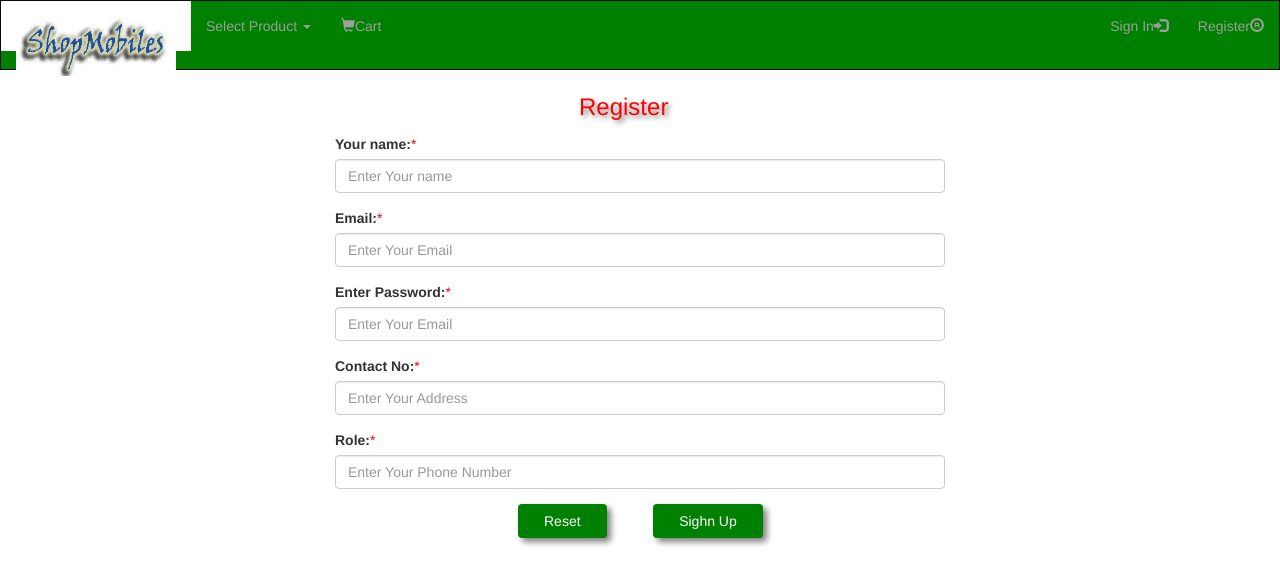
Repository: KoustabhBiswas/Final-Ecommerce-Project
Page: http://localhost/ecommerce1/WEB-INF/views/register.jsp
These files come from the project's save history. The page is drawn as it stood at one moment and after the next save; the edit follows.
The browser window is 1280 px wide. The pictures show the whole page.
Some web libraries are served in a nearby version. The page is served by Tomcat 9. Nobody is signed in. The template is opened directly, without the code that normally fills it, so the values that code supplies are empty.

Above is the page before, as saved 2017-09-17 12:15:32.

After the next save:
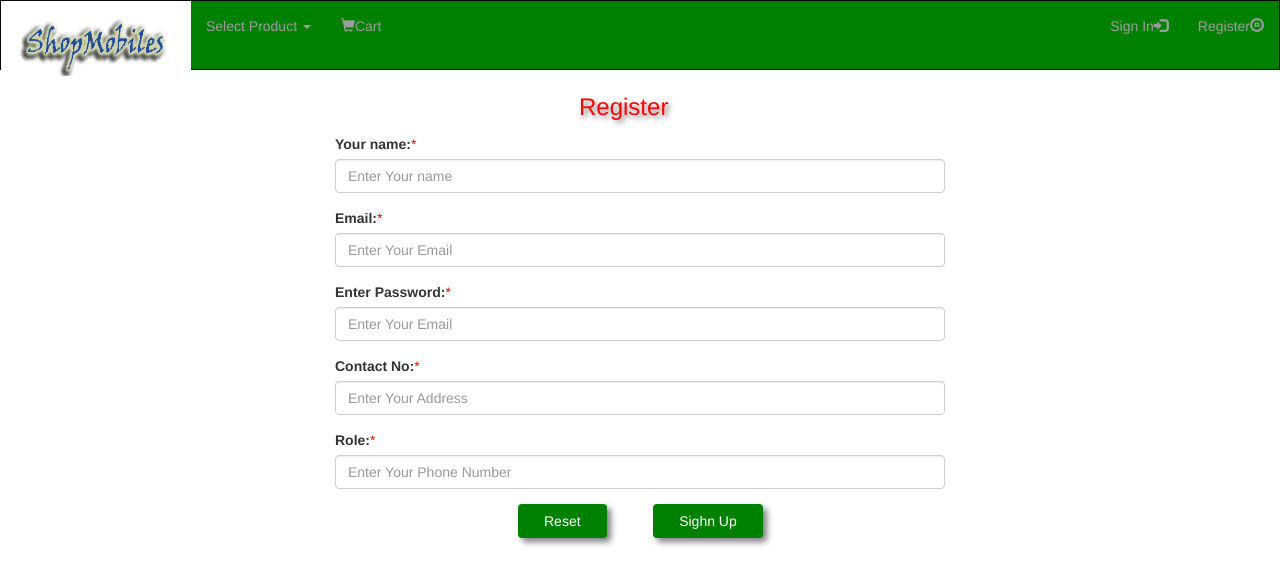
Saved 45 s later.
--- a/Final Ecommerce Project/Ecommerce_Project-master/project/ecommerce1/src/main/webapp/WEB-INF/views/shared/navbar.jsp
+++ b/Final Ecommerce Project/Ecommerce_Project-master/project/ecommerce1/src/main/webapp/WEB-INF/views/shared/navbar.jsp
@@ -15,7 +15,7 @@ nav {
 		style="background-color: green; border-radius: 0px; color: white; height:70px">
 		<div class="container-fluid">
 			<div class="navbar-header" >
-				<a class="navbar-brand" href="home" style="background-color:white;"><img
+				<a class="navbar-brand" href="home" style="background-color:white; height:80px"><img
 					src="<c:url value="/resources/images/shopmobiles4.jpg" />" height=60px width=160px style="margin-bottom:-1%"></a>
 			</div>
 			<ul class="nav navbar-nav">
